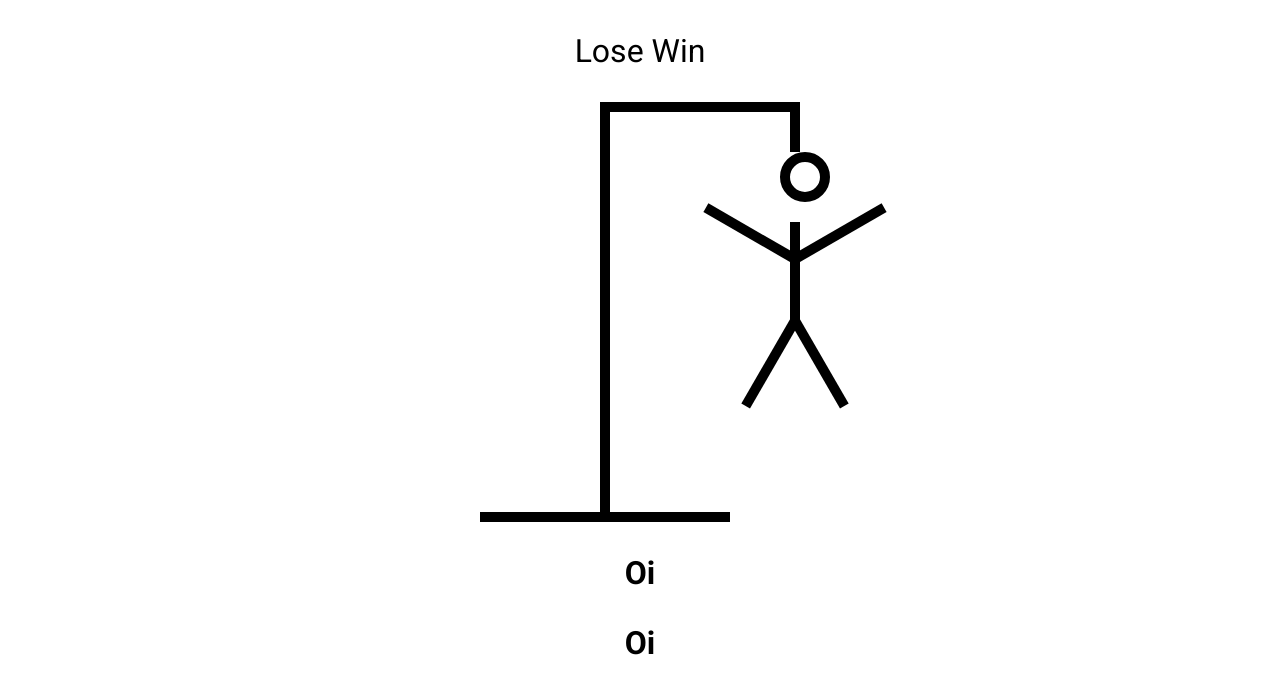
Repository: guilhermecardoso93/jogodaforca
Page: /
The author's editor kept a copy of each file at every save. The page is drawn from the files as they stood at one save, then again after a run of saves.
The browser window is 1280 px wide. The pictures show the whole page.
The project was rebuilt for these pictures with package versions that can differ from the ones it lists, and the page was loaded fresh each time. Also part of the build but not shown: vite.config.ts.

Above is the page before, as saved 2022-12-06 21:03:56.

### index.html
<!DOCTYPE html>
<html lang="en">
  <head>
    <meta charset="UTF-8" />
    <link rel="icon" type="image/svg+xml" href="/vite.svg" />
    <meta name="viewport" content="width=device-width, initial-scale=1.0" />
    <link rel="preconnect" href="https://fonts.googleapis.com"><link
      rel="preconnect" href="https://fonts.gstatic.com" crossorigin><link
      href="https://fonts.googleapis.com/css2?family=Roboto:ital,wght@0,400;0,500;0,700;1,400&display=swap"
      rel="stylesheet">
    <title>Vite + React + TS</title>
  </head>
  <body>
    <div id="root"></div>
    <script type="module" src="/src/main.tsx"></script>
  </body>
</html>

### src/App.tsx
import { useState } from "react";
import words from "./wordList.json";

import { HangmanDrawing } from "./components/HangmanDrawing";
import { HangmanWord } from "./components/HangmanWord";
import { Keyboard } from "./components/Keyboard";

import "./App.css";

export function App() {
  const randomWords = () => {
    return words[Math.floor(Math.random() * words.length)];
  };

  const [wordToGuess, setWordToGuess] = useState(randomWords);
  const [guessedLetters, setGuessedLetters] = useState<string[]>([]);

  console.log(wordToGuess);
  return (
    <div className="container">
      <div className="loseOrWin">Lose Win</div>
      <HangmanDrawing />
      <HangmanWord />
      <Keyboard />
    </div>
  );
}

### src/wordList.json
[
  "capaz",
  "sobre",
  "absoluto",
  "aceitar",
  "conta",
  "alcançar",
  "através",
  "ativo",
  "real",
  "Admitem",
  "anunciar",
  "afetar",
  "proporcionar",
  "depois",
  "tarde",
  "novamente",
  "contra",
  "agente",
  "aceita",
  "permitir",
  "quase",
  "já",
  "tudo bem",
  "também",
  "Apesar",
  "sempre",
  "América",
  "quantia",
  "outro",
  "responda",
  "separado",
  "aparente",
  "aparecer",
  "Aplique",
  "nomear",
  "abordagem",
  "apropriado",
  "área",
  "argumentar",
  "arranjo",
  "associado",
  "presumir",
  "participar",
  "autoridade",
  "acessível",
  "consciente",
  "horrível",
  "bebê",
  "Saldo",
  "bola",
  "banco",
  "base",
  "base",
  "urso",
  "bater",
  "beleza",
  "Porque",
  "antes da",
  "começar",
  "acreditam",
  "beneficiar",
  "melhor",
  "entre",
  "conta",
  "nascimento",
  "Preto",
  "cara",
  "sangue",
  "golpe",
  "limite",
  "linha",
  "Lista",
  "ouço",
  "pequena",
  "viver",
  "carregar",
  "local",
  "trancar",
  "Londres",
  "grandes",
  "olhar",
  "senhor",
  "perder",
  "amor",
  "sorte",
  "almoço",
  "máquina",
  "faço",
  "gerir",
  "muitos",
  "marca",
  "mercado",
  "casar",
  "Combine",
  "matéria",
  "significa",
  "significado",
  "a medida",
  "encontrar",
  "membro",
  "menção",
  "meio",
  "poderia",
  "milha",
  "ouvir",
  "coração",
  "aquecer",
  "pesado",
  "inferno",
  "ajuda",
  "aqui",
  "Alto",
  "história",
  "aguarde",
  "feriado",
  "casa",
  "honesto",
  "esperança",
  "cavalo",
  "hospital",
  "hora",
  "lar",
  "Contudo",
  "olá",
  "centenas",
  "esposo",
  "idéia",
  "identificar",
  "Imagine",
  "importante",
  "melhorar",
  "incluir",
  "renda",
  "aumentar",
  "na verdade",
  "Individual",
  "indústria",
  "informar",
  "garantir",
  "interesse",
  "em",
  "introduzir",
  "investir",
  "envolver",
  "questão",
  "item",
  "Jesus",
  "Junte",
  "juiz",
  "pular",
  "apenas",
  "guarda",
  "matar",
  "Gentil",
  "rei",
  "cozinha",
  "bater",
  "conhecer",
  "trabalho",
  "senhora",
  "terra",
  "Língua",
  "ampla",
  "último",
  "tarde",
  "riso",
  "conduzir",
  "aprender",
  "sair",
  "deixei",
  "menos",
  "carta",
  "nível",
  "vida",
  "leve",
  "Curti",
  "provável",
  "cinco",
  "apartamento",
  "piso",
  "Segue",
  "Comida",
  "pé",
  "força",
  "esquecer",
  "Formato",
  "fortuna",
  "frente",
  "quatro",
  "França",
  "gratuitamente",
  "amigo",
  "a partir de",
  "frente",
  "cheio",
  "função",
  "fundo",
  "futuro",
  "jogos",
  "jardim",
  "em geral",
  "Alemanha",
  "menina",
  "dar",
  "vidro",
  "Boa",
  "adeus",
  "governo",
  "grande",
  "conceder",
  "excelente",
  "verde",
  "chão",
  "grupo",
  "crescer",
  "acho",
  "cabelo",
  "metade",
  "corredor",
  "mão",
  "pendurar",
  "acontecer",
  "feliz",
  "duro",
  "odiar",
  "tenho",
  "cabeça",
  "saúde"
]

### src/components/HangmanDrawing.tsx
const HEAD = (
  <div
    style={{
      width: "50px",
      height: "50px",
      borderRadius: "100%",
      border: "10px solid black",
      position: "absolute",
      top: "50px",
      right: "-30px",
    }}
  />
);

const BODY = (
  <div
    style={{
      width: "10px",
      height: "100px",
      background: "black",
      position: "absolute",
      top: "120px",
      right: 0,
    }}
  />
);

const RIGHT_ARM = (
  <div
    style={{
      width: "100px",
      height: "10px",
      background: "black",
      position: "absolute",
      top: "150px",
      right: "-100px",
      rotate: "-30deg",
      transformOrigin: "left bottom",
    }}
  />
);

const LEFT_ARM = (
  <div
    style={{
      width: "100px",
      height: "10px",
      background: "black",
      position: "absolute",
      top: "150px",
      right: "10px",
      rotate: "30deg",
      transformOrigin: "right bottom",
    }}
  />
);

const RIGHT_LEG = (
  <div
    style={{
      width: "100px",
      height: "10px",
      background: "black",
      position: "absolute",
      top: "210px",
      right: "-90px",
      rotate: "60deg",
      transformOrigin: "left bottom",
    }}
  />
);

const LEFT_LEG = (
  <div
    style={{
      width: "100px",
      height: "10px",
      background: "black",
      position: "absolute",
      top: "210px",
      right: 0,
      rotate: "-60deg",
      transformOrigin: "right bottom",
    }}
  />
);

const BODY_PARTS = [HEAD, BODY, RIGHT_ARM, LEFT_ARM, RIGHT_LEG, LEFT_LEG];

type HangmanDrawingProps = {
  numberOfGuesses: number
}

export function HangmanDrawing() {
  return (
    <div style={{ position: "relative" }}>
      {BODY_PARTS}
      <div
        style={{
          height: "50px",
          width: "10px",
          background: "black",
          position: "absolute",
          top: 0,
          right: 0,
        }}
      />
      <div
        style={{
          height: "10px",
          width: "200px",
          background: "black",
          marginLeft: "120px",
        }}
      />
      <div
        style={{
          height: "400px",
          width: "10px",
          background: "black",
          marginLeft: "120px",
        }}
      />
      <div style={{ height: "10px", width: "250px", background: "black" }} />
    </div>
  );
}

### src/components/HangmanWord.tsx
export function HangmanWord() {
  return (
    <div>
      <h1>Oi</h1>
    </div>
  )
}

### src/components/Keyboard.tsx
export function Keyboard() {
  return (
    <div>
      <h1>Oi</h1>
    </div>
  )
}

### src/App.css
* {
  margin: 0;
  passing: 0;
  box-sizing: border-box;
  font-family: 'Roboto', sans-serif;
}

body {
  margin: 2rem;
}

.container {
  max-width: 800px;
  display: flex;
  flex-direction: column;
  gap: 2rem;
  margin: 0 auto;
  align-items: center;
  justify-content: center;
}

.loseOrWin {
  font-size: 2rem;
  text-align: center;
}

Loaded but not shown: src/main.tsx (common file)

After the next 3 saves:
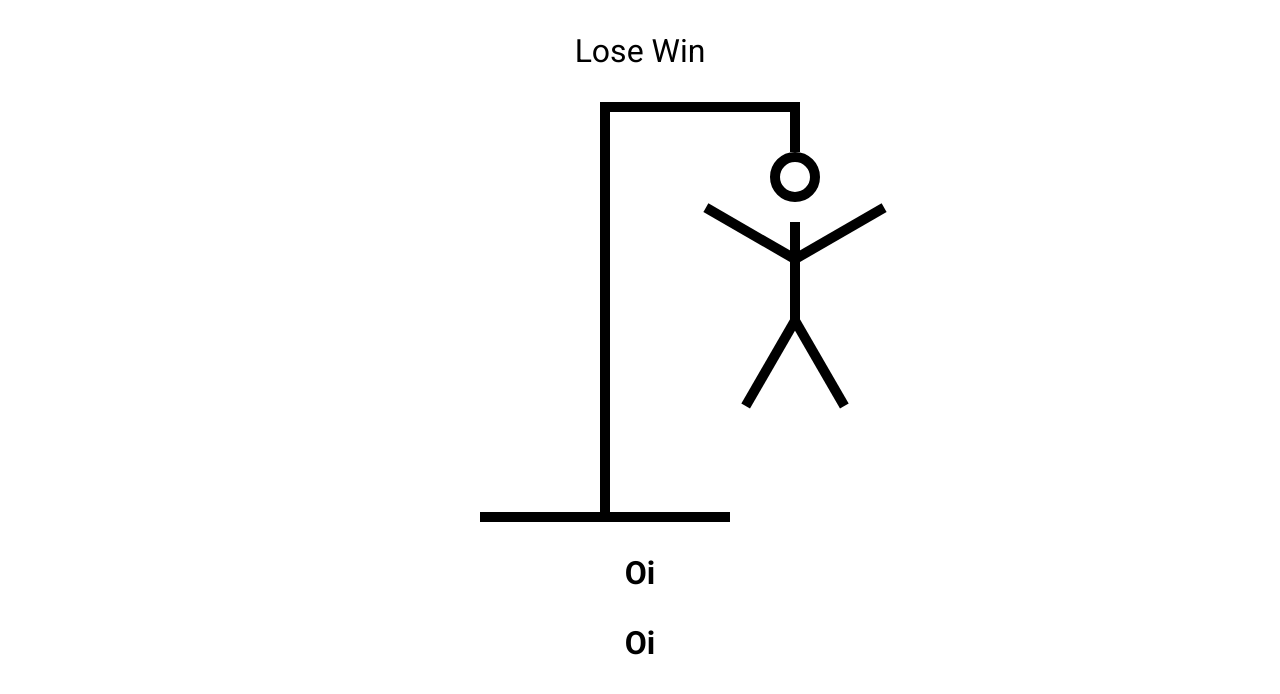
The 3 saves are shown as one change because they came seconds apart.
The last was saved 16 s later.
--- a/src/components/HangmanDrawing.tsx
+++ b/src/components/HangmanDrawing.tsx
@@ -7,7 +7,7 @@ const HEAD = (
       border: "10px solid black",
       position: "absolute",
       top: "50px",
-      right: "-30px",
+      right: "-20px",
     }}
   />
 );
